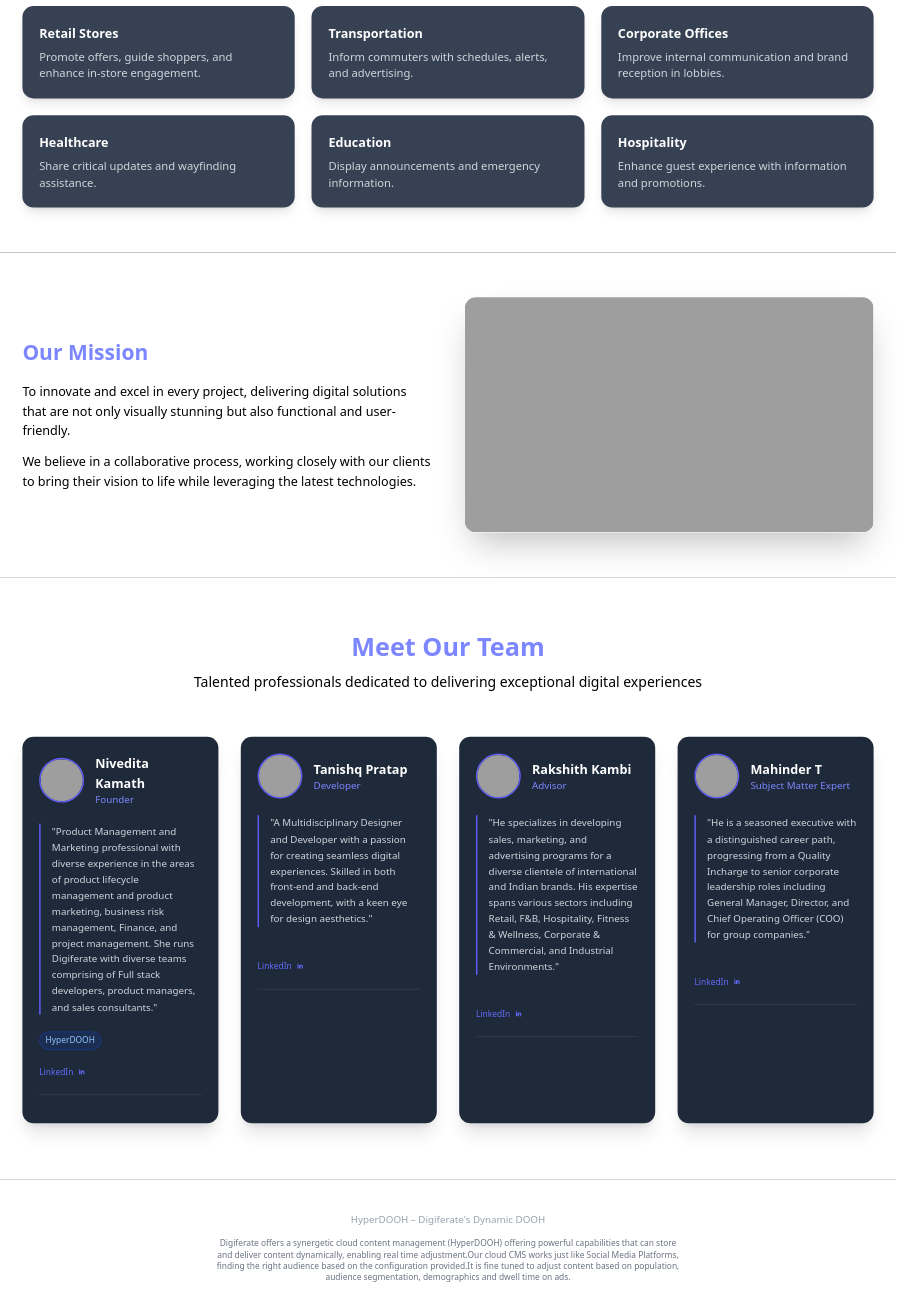
Repository: Digiferate-India/HyperDooh
Page: /about
An editor plug-in stored every save of this project. The page is shown before and after the next save, followed by the edit.
The browser window is 1280 px wide. The page is 1312 px wide, so the pictures cover 1312 px, including what lies to the right of the window. The pictures show the part of the page from y = 1512 to 3392 px (the page is 3392 px tall), at 70% of full size.
Pictures or frames that could not be fetched are drawn as grey boxes. The project was rebuilt for these pictures with package versions that can differ from the ones it lists, and the page was loaded fresh each time. Also part of the build but not shown: vite.config.js, src/components/HeroCarousel.jsx, src/pages/Home.jsx.

Above is the page before, as saved 2025-09-25 19:58:18.

After the next save:
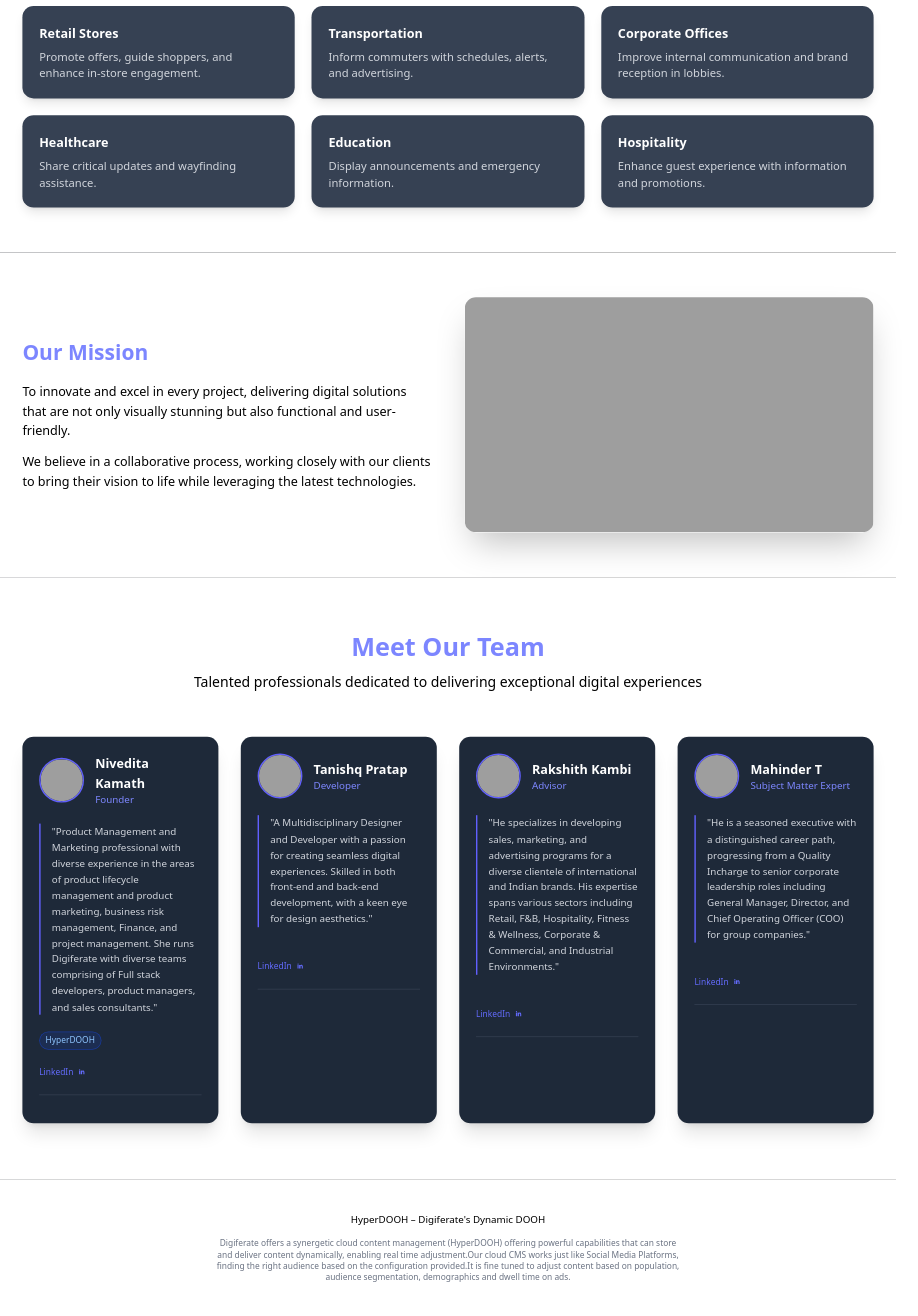
Saved 8 s later.
--- a/src/pages/About.jsx
+++ b/src/pages/About.jsx
@@ -271,7 +271,7 @@
       {/* Footer Section - Full Width */}
       <div className="w-full py-12 bg-white">
         <div className="w-full px-4 sm:px-6 lg:px-8 text-center">
-          <p className="text-gray-400 text-sm mb-4">
+          <p className="text-black text-sm mb-4">
            HyperDOOH – Digiferate's Dynamic DOOH
           </p>
           <p className="text-gray-500 text-xs max-w-2xl mx-auto">
